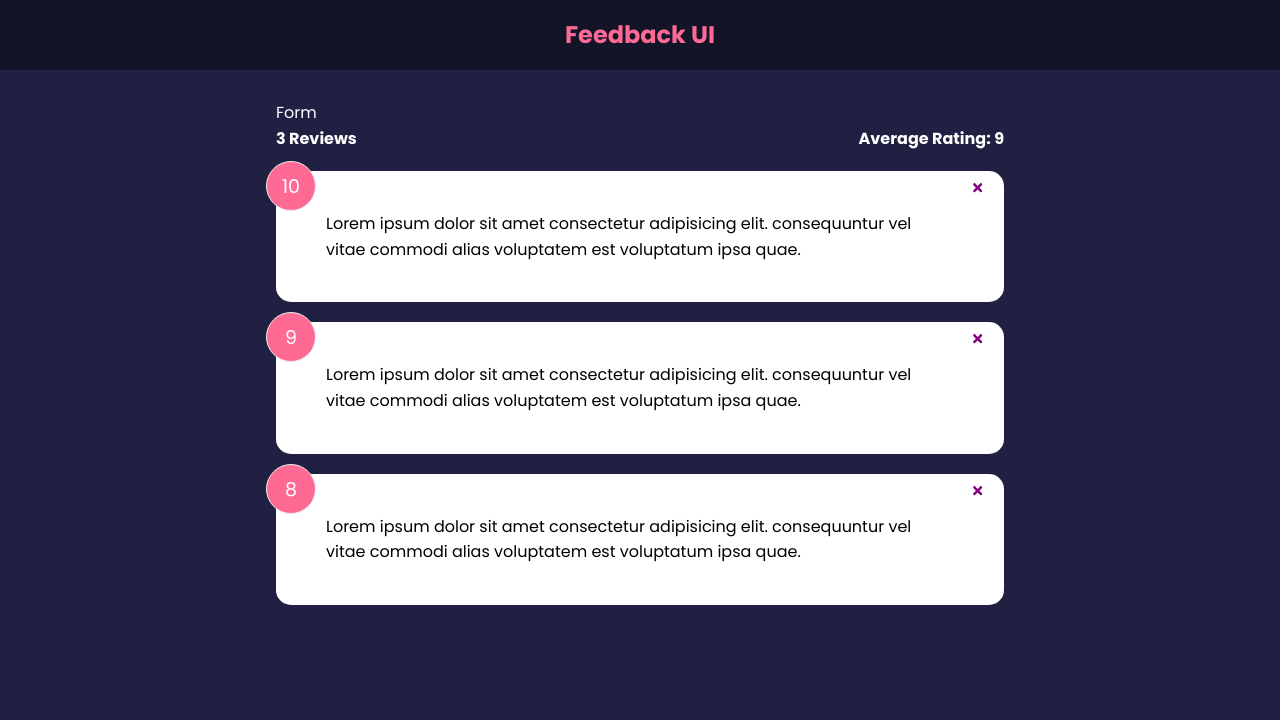
Repository: minhtien9/Feedback_App
Page: /
The author's editor kept a copy of each file at every save. The page is drawn from the files as they stood at one save, then again after the next save.
The browser window is 1280 px wide. The pictures show the whole page.
The project was rebuilt for these pictures with package versions that can differ from the ones it lists, and the page was loaded fresh each time.

Above is the page before, as saved 2022-02-18 14:18:14.

### src/index.css
@import url('https://fonts.googleapis.com/css2?family=Poppins:wght@400;600;700&display=swap');

* {
    box-sizing: border-box;
    margin: 0;
    padding: 0;
}

body {
    font-family: 'Poppins', sans-serif;
    background-color: #202142;
    color: #fff;
    line-height: 1.6;
}

ul {
    list-style: none;
}

.container {
    max-width: 768px;
    margin: auto;
    padding: 0 20px;
}

header {
    height: 70px;
    width: 100%;
    display: flex;
    justify-content: space-between;
    align-items: center;
    margin-bottom: 30px;
}

.card {
    background-color: #fff;
    color: #333;
    border-radius: 15px;
    padding: 40px 50px;
    margin: 20px 0;
    position: relative;
}

.card.reverse {
    background-color: rgba(0, 0, 0, 0.4);
    color: #fff;
}

.card h2 {
    font-size: 22px;
    font-weight: 600;
    text-align: center;
}

.rating {
    display: flex;
    align-items: center;
    justify-content: space-around;
    margin: 30px 0 40px;
}

.rating li,
.num-display {
    position: relative;
    background: #f4f4f4;
    width: 50px;
    height: 50px;
    padding: 10px;
    text-align: center;
    border-radius: 50%;
    font-size: 19px;
    border: 1px #eee solid;
    transition: 0.3s;
}

.rating li label {
    position: absolute;
    top: 50%;
    left: 50%;
    width: 50px;
    height: 50px;
    padding: 10px;
    border-radius: 50%;
    transform: translate(-50%, -50%);
    cursor: pointer;
}

.rating li:hover,
.num-display {
    background: #ff6a95;
    color: #fff;
}

[type='radio'] {
    opacity: 0;
}

[type='radio']:checked ~ label {
    background: #ff6a95;
    color: #fff;
}

.input-group {
    display: flex;
    flex-direction: row;
    border: 1px solid #ccc;
    padding: 8px 10px;
    border-radius: 8px;
}

input {
    flex-grow: 2;
    border: none;
    font-size: 16px;
}

input:focus {
    outline: none;
}

.feedback-stats {
    color: #fff;
    display: flex;
    justify-content: space-between;
    align-items: center;
}

.num-display {
    position: absolute;
    top: -10px;
    left: -10px;
}

.close,
.edit {
    position: absolute;
    top: 10px;
    right: 20px;
    cursor: pointer;
    background: none;
    border: none;
}

.edit {
    right: 40px;
}

.btn {
    color: #fff;
    border: 0;
    border-radius: 8px;
    color: #fff;
    width: 100px;
    height: 40px;
    cursor: pointer;
}

.btn-primary {
    background-color: #202142;
}

.btn-secondary {
    background: #ff6a95;
}

.btn:hover {
    transform: scale(0.98);
    opacity: 0.9;
}

.btn:disabled {
    background-color: #cccccc;
    color: #333;
    cursor: auto;
}

.btn:disabled:hover {
    transform: scale(1);
    opacity: 1;
}

.message {
    padding-top: 10px;
    text-align: center;
    color: rebeccapurple;
}

/* FIX: Remove position: absolute to keep about icon at the bottom of the
 * document */
.about-link {
    display: flex;
    justify-content: flex-end;
}

/* FIX: Remove position: absolute to keep about icon at the bottom of the
 * document */
.about-link a {
    color: #fff;
    cursor: pointer;
}

.about-link a:hover {
    color: #ff6a95;
}

.about h1 {
    margin-bottom: 20px;
}

.about p {
    margin: 10px 0;
}

@media (max-width: 600px) {
    .rating li {
        margin: 10px 3px;
    }

    .rating {
        display: flex;
        align-items: center;
        justify-content: center;
        flex-wrap: wrap;
        margin: 30px 0 40px;
    }

    .input-group input {
        width: 80%;
    }
}

### src/App.js
import Header from './components/Header'

import FeedbackData from './data/FeedbackData'
import FeedbackList from './components/FeedbackList'

import { useState } from 'react'
import FeedbackStats from './components/FeedbackStats'
import FeedbackForm from './components/FeedbackForm'

function App() {
    const [feedback, setFeedback] = useState(FeedbackData)

    const deleteFeedback = (id) => {
        if (window.confirm('Are you sure you want to delete?')) {
            setFeedback(feedback.filter((item) => item.id !== id))
        }
    }
    return (
        <div className='App'>
            <Header />
            <div className='container'>
                <FeedbackForm />
                <FeedbackStats feedback={feedback} />
                <FeedbackList
                    feedback={feedback}
                    handeDelete={deleteFeedback}
                />
            </div>
        </div>
    )
}

export default App

### src/components/Header.jsx
import React from 'react'
import PropTypes from 'prop-types'

Header.propTypes = {
    text: PropTypes.string,
    bgColor: PropTypes.string,
    textColor: PropTypes.string,
}

Header.defaultProps = {
    text: 'Feedback UI',
    bgColor: 'rgba(0,0,0,0.4)',
    textColor: '#ff6a95',
}

function Header({ text, bgColor, textColor }) {
    const headerStyles = { background: bgColor, color: textColor }
    return (
        <header style={headerStyles}>
            <div className='container'>
                <h2>{text}</h2>
            </div>
        </header>
    )
}

export default Header

### src/data/FeedbackData.js
const FeedbackData = [
    {
        id: 1,
        rating: 10,
        text: 'Lorem ipsum dolor sit amet consectetur adipisicing elit. consequuntur vel vitae commodi alias voluptatem est voluptatum ipsa quae.',
    },
    {
        id: 2,
        rating: 9,
        text: 'Lorem ipsum dolor sit amet consectetur adipisicing elit. consequuntur vel vitae commodi alias voluptatem est voluptatum ipsa quae.',
    },
    {
        id: 3,
        rating: 8,
        text: 'Lorem ipsum dolor sit amet consectetur adipisicing elit. consequuntur vel vitae commodi alias voluptatem est voluptatum ipsa quae.',
    },
]

export default FeedbackData

### src/components/FeedbackList.jsx
import PropTypes from 'prop-types'
import FeedbackItem from './FeedbackItem'

FeedbackList.propTypes = {
    feedback: PropTypes.arrayOf(
        PropTypes.shape({
            id: PropTypes.number.isRequired,
            text: PropTypes.string.isRequired,
            rating: PropTypes.number.isRequired,
        })
    ),
}

function FeedbackList({ feedback, handeDelete }) {
    if (!feedback || feedback.length === 0) return <p>No Feedback Yet</p>
    return (
        <div className='feedback-list'>
            {feedback.map((item) => (
                <FeedbackItem
                    key={item.id}
                    item={item}
                    handeDelete={handeDelete}
                />
            ))}
        </div>
    )
}

export default FeedbackList

### src/components/FeedbackStats.jsx
import React from 'react'
import PropTypes from 'prop-types'

FeedbackStats.propTypes = {
    feedback: PropTypes.array.isRequired,
}

function FeedbackStats({ feedback }) {
    let average =
        feedback.reduce((acc, cur) => {
            return acc + cur.rating
        }, 0) / feedback.length

    average = average.toFixed(1).replace(/[.,]0$/, '')
    return (
        <div className='feedback-stats'>
            <h4>{feedback.length} Reviews</h4>
            <h4>Average Rating: {isNaN(average) ? 0 : average}</h4>
        </div>
    )
}

export default FeedbackStats

### src/components/FeedbackForm.jsx
import React from 'react'
import PropTypes from 'prop-types'

FeedbackForm.propTypes = {}

function FeedbackForm(props) {
    return <div>Form</div>
}

export default FeedbackForm

### src/components/FeedbackItem.jsx
import { FaTimes } from 'react-icons/fa'
import PropTypes from 'prop-types'
import Card from './UI/Card'

FeedbackItem.propTypes = {
    item: PropTypes.object.isRequired,
}

function FeedbackItem({ item, handleDelete }) {
    return (
        <Card>
            <div className='num-display'>{item.rating}</div>
            <button onClick={() => handleDelete(item.id)} className='close'>
                <FaTimes color='purple' />
            </button>
            <div className='text-display'>{item.text}</div>
        </Card>
    )
}

export default FeedbackItem

### src/components/UI/Card.jsx
import React from 'react'
import PropTypes from 'prop-types'

Card.propTypes = {
    children: PropTypes.node.isRequired,
    reverse: PropTypes.bool,
}

Card.defaultProps = {
    reverse: false,
}

function Card({ children, reverse }) {
    return (
        <div
            className='card'
            style={{
                backgroundColor: reverse ? 'rgba(0,0,0,0.4)' : '#fff',
                color: reverse ? '#fff' : '#000',
            }}
        >
            {children}
        </div>
    )
}

export default Card

Loaded but not shown: public/index.html (common file); src/index.js (common file)

After the next save:
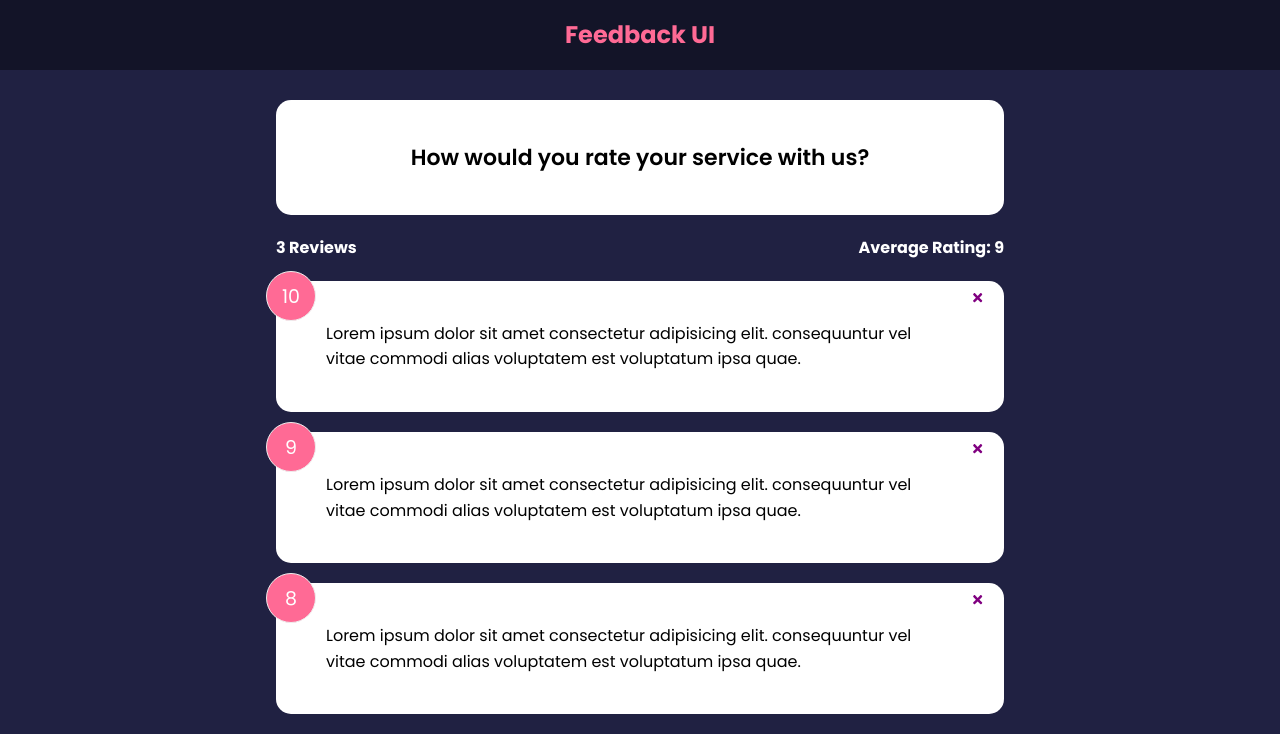
Saved 48 s later.
--- a/src/components/FeedbackForm.jsx
+++ b/src/components/FeedbackForm.jsx
@@ -1,10 +1,17 @@
 import React from 'react'
 import PropTypes from 'prop-types'
+import Card from './UI/Card'
 
 FeedbackForm.propTypes = {}
 
 function FeedbackForm(props) {
-    return <div>Form</div>
+    return (
+        <Card>
+            <form>
+                <h2>How would you rate your service with us?</h2>
+            </form>
+        </Card>
+    )
 }
 
 export default FeedbackForm
